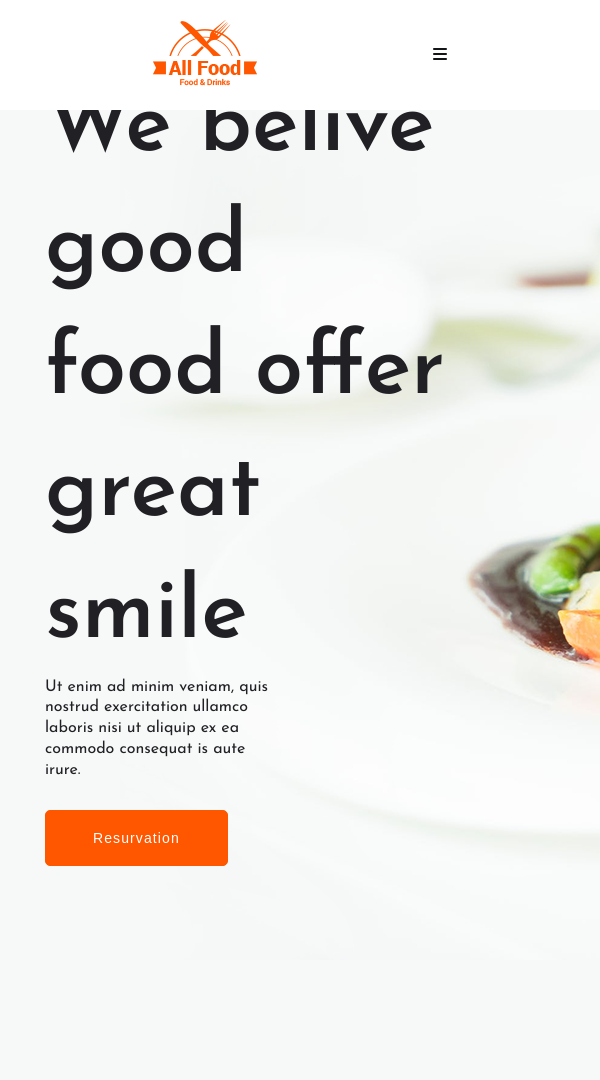
Repository: Ebtehal18/food
Page: index.html
The author's editor kept a copy of each file at every save. The page is drawn from the files as they stood at one save, then again after the next save.
The browser window is 600 px wide. The pictures show the whole page.

Above is the page before, as saved 2024-01-17 13:29:54.

### index.html
<!DOCTYPE html>
<html lang="en">
  <head>
    <meta charset="UTF-8" />
    <meta name="viewport" content="width=device-width, initial-scale=1.0" />
    <title>Time Zone</title>
    <link rel="preconnect" href="https://fonts.googleapis.com" />
    <link rel="preconnect" href="https://fonts.gstatic.com" crossorigin />
    <link
      href="https://fonts.googleapis.com/css2?family=Josefin+Sans:wght@200;300;400;500;600&display=swap"
      rel="stylesheet"
    />
    <link rel="stylesheet" href="asessets/css/style.css" />
    <link rel="stylesheet" href="asessets/css/External/all.min.css" />
  </head>
  <body>
    <!-- nav bar -->
    <header class="header">
      <div class="logo"><img src="asessets/imgs/logo.png" alt="logo" /></div>
      <label for="checkbox"><i class="fa-solid fa-bars"></i></label>
      <input type="checkbox">
      <nav class="nav">
        <ul class="nav-list">
          <li class="list-item"><a href="#">Home</a></li>
          <li class="list-item"><a href="#">About</a></li>
          <li class="list-item"><a href="#">Menu</a></li>
          <li class="list-item">
            <a href="#">Blog</a>
            <ul class="dropdown-list">
              <li class="dropdown-item"><a href="#">Blog</a></li>
              <li class="dropdown-item"><a href="#">Blog Details</a></li>
              <li class="dropdown-item"><a href="#">Element</a></li>
            </ul>
          </li>
          <li class="list-item"><a href="#">Contact</a></li>
        </ul>
      </nav>
      <button class="btn btn-nav">Order Online</button>
    </header>

    <!-- hero -->

    <section class="hero">
      <div class="container">
        <div class="row">
         <div class="hero-content">
           <span>Discover Your Teste</span>
          <h1>We belive good food offer great smile</h1>
          <p>
            Ut enim ad minim veniam, quis nostrud exercitation ullamco laboris
            nisi ut aliquip ex ea commodo consequat is aute irure.
          </p>
          <button class="btn-hero">Resurvation</button>
        </div>
          </div>
        </div>
      </div>
    </section>
  </body>
</html>

### asessets/css/style.css
/*
=======================================================
          public styles
======================================================= */
*,
*::after,
*::before {
  margin: 0;
  padding: 0;
  box-sizing: border-box;
}
html,
body {
  overflow-x: hidden;
}
body {
  font-family: "Josefin Sans", sans-serif;
  color: #141517;
  /* height: 1000px; */
}
.container {
  width: 85%;
  margin: auto;
}
.row {
  display: flex;
  justify-content: space-between;
  align-items: flex-start;
}

/* @media (max-width: 767px) {
  .row {
    flex-flow: column wrap;
  }
} */

/*
=====================================================
            end public styles
=====================================================
 */

/* ===============
        navbar
 ================= */
.header {
  z-index: 999;
  display: flex;
  background-color: #fff;
  position: fixed;
  justify-content: space-around;
  align-items: center;
  top: 0;
  padding: 20px 65px;
  width: 100%;
}
.header .nav {
  display: flex;
  margin-left: auto;
  margin-right: 30px;
}
.header .nav .nav-list .list-item {
  padding: 0 30px;
  display: inline-block;
}
.header .nav .nav-list .list-item a {
  color: #141517;
  font-weight: 400;
  font-size: 16px;
  text-decoration: none;
}
.header .nav .nav-list .list-item a:hover {
  color: #ff5600;
}
.header .nav .nav-list .list-item:nth-child(4) {
  position: relative;
}

.header .nav .list-item .dropdown-list {
  padding: 10px 15px;
  background-color: #fff;
  position: absolute;
  top: 44px;
  left: -4px;
  opacity: 0;
  transition: all 0.4s ease-in;
  -webkit-transition: all 0.4s ease-in;
  -moz-transition: all 0.4s ease-in;
  -ms-transition: all 0.4s ease-in;
  -o-transition: all 0.4s ease-in;
}
.header .nav .nav-list .list-item:nth-child(4):hover .dropdown-list {
  opacity: 1;
  top: 63px;
}

.header .nav .list-item .dropdown-list li {
  width: 140px;
  display: inline-block;
  margin-bottom: 20px;
}
.header .btn {
  position: relative;
  z-index: 1;
  cursor: pointer;
  color: #464d65;
  outline: none;
  border: 1px solid #ff5600;
  font-size: 14px;
  font-weight: 500;
  background-color: transparent;
  padding: 19px 47px;
  border-radius: 5px;
  -webkit-border-radius: 5px;
  -moz-border-radius: 5px;
  -ms-border-radius: 5px;
  -o-border-radius: 5px;
  transition: all 0.4s ease-in;
  -webkit-transition: all 0.4s ease-in;
  -moz-transition: all 0.4s ease-in;
  -ms-transition: all 0.4s ease-in;
  -o-transition: all 0.4s ease-in;
}
.header .btn::before {
  background-color: #ff5600;
  position: absolute;
  content: "";
  top: 0;
  left: 0;
  height: 0%;
  width: 100%;
  z-index: -1;
  transition: all 0.4s ease-in;
  -webkit-transition: all 0.4s ease-in;
  -moz-transition: all 0.4s ease-in;
  -ms-transition: all 0.4s ease-in;
  -o-transition: all 0.4s ease-in;
}
.header .btn:hover {
  color: #fff;
}
.header .btn:hover::before {
  height: 100%;
}
.header input,
label {
  display: none;
}

@media (max-width: 767px) {
  .header .nav {
    display: none;
  }
  .header .btn {
    display: none;
  }
  .header label {
    display: block;
  }
  input:checked .nav {
    display: block;
  }
}
/* ===============
       end  navbar
 ================= */
/* ===============
       hero
 ================= */
.hero {
  display: flex;
  width: 100%;
  height: 1080px;
  background-image: url(../imgs/h1_hero.png);
  background-size: cover;
  background-position: bottom;
}

.hero .hero-content {
  margin-top: -237px;
}
.hero .hero-content span {
  color: #ff5600;
  font-size: 16px;
  font-weight: 500;
  margin-bottom: 75px;
  display: inline-block;
}
.hero .hero-content h1 {
  color: #212025;
  font-size: 87px;
  width: 80%;
  line-height: 1.4;
}
.hero .hero-content p {
  margin-bottom: 30px;
  line-height: 1.3;
  width: 44%;
  color: #212025;
  font-size: 16px;
}
.hero .hero-content .btn-hero {
  letter-spacing: 1.1px;
  position: relative;
  z-index: 1;
  cursor: pointer;
  color: #fff;
  outline: none;
  border: 1px solid #ff5600;
  font-size: 14px;
  font-weight: 500;
  background-color: #ff5600;
  padding: 19px 47px;
  border-radius: 5px;
  -webkit-border-radius: 5px;
  -moz-border-radius: 5px;
  -ms-border-radius: 5px;
  -o-border-radius: 5px;
  transition: all 0.4s ease-in;
  -webkit-transition: all 0.4s ease-in;
  -moz-transition: all 0.4s ease-in;
  -ms-transition: all 0.4s ease-in;
  -o-transition: all 0.4s ease-in;
}
.hero .hero-content .btn-hero::before {
  z-index: -1;
  content: "";
  background-color: rgba(0, 0, 0, 0.6);
  top: 0;
  left: 0;
  width: 0;
  height: 100%;
  position: absolute;
  transition: all 0.4s;
  -webkit-transition: all 0.4s;
  -moz-transition: all 0.4s;
  -ms-transition: all 0.4s;
  -o-transition: all 0.4s;
}
.hero .hero-content .btn-hero:hover::before {
  filter: grayscale(50%);
  width: 100%;
  -webkit-filter: grayscale(50%);
}

Loaded but not shown: asessets/css/External/all.min.css (library)

After the next save:
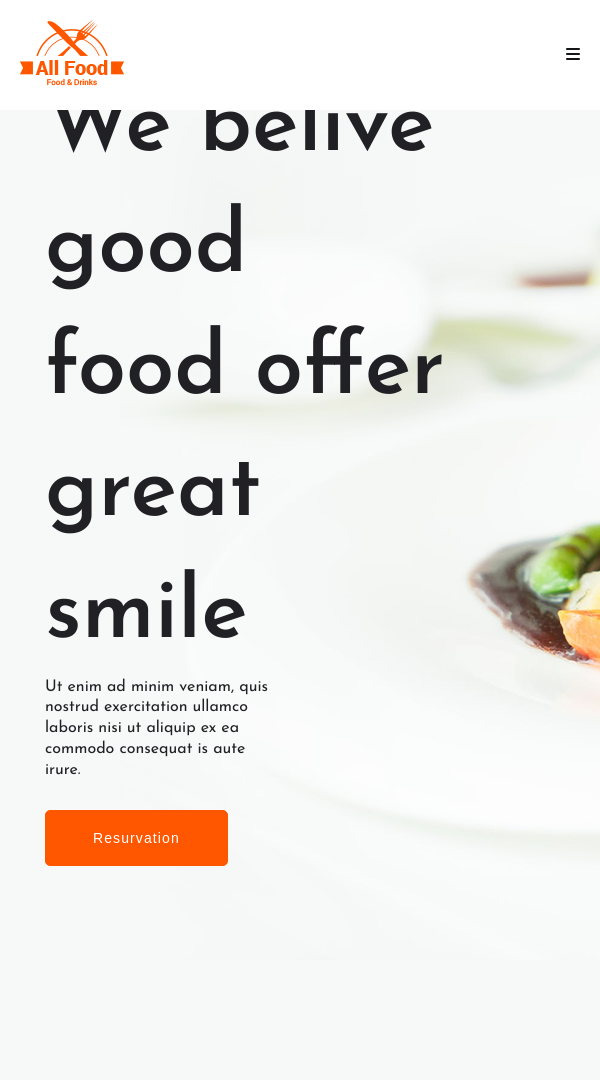
Saved 2 min 59 s later.
--- a/asessets/css/style.css
+++ b/asessets/css/style.css
@@ -148,6 +148,10 @@ label {
 }
 
 @media (max-width: 767px) {
+  .header {
+    justify-content: space-between;
+    padding: 20px;
+  }
   .header .nav {
     display: none;
   }
